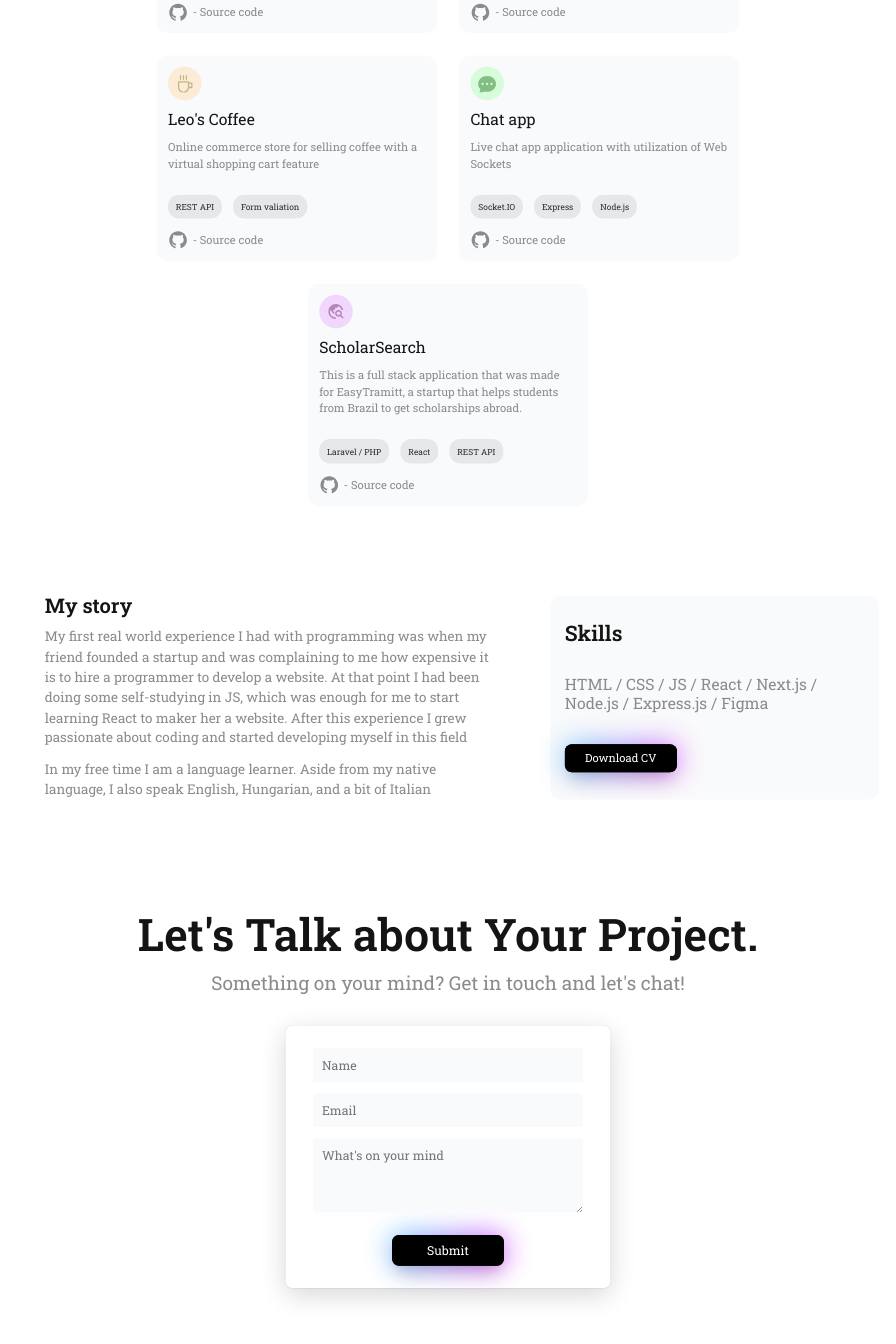
Repository: Leoka2000/portfolio-final
Page: /
An editor plug-in stored every save of this project. The page is shown before and after the next save, followed by the edit.
The browser window is 1280 px wide. The pictures show the part of the page from y = 1073 to 2993 px (the page is 2993 px tall), at 70% of full size.
The page's requests for data from a server got no answer. Some web fonts or font styles are not loaded; a fallback is used. The project was rebuilt for these pictures with package versions that can differ from the ones it lists, and the page was loaded fresh each time. No one was signed in, and anything a server would have sent is missing. Also part of the build but not shown: src/App.css. Imported but missing from the stored project, and not drawn on this page: src/assets/LeoCV.pdf, src/assets/ScholarSearch.mp4.

Above is the page before, as saved 2023-05-11 19:27:09.

### public/index.html
<!DOCTYPE html>
<html lang="en">
  <head>
    <meta charset="utf-8" />
    <link rel="icon" href="%PUBLIC_URL%/favicon.ico" />
    <meta name="viewport" content="width=device-width, initial-scale=1" />
    <meta name="theme-color" content="#000000" />
    <meta
      name="description"
      content="Web site created using create-react-app"
    />
    <link rel="apple-touch-icon" href="%PUBLIC_URL%/logo192.png" />
    <!-- font -->
    <link rel="preconnect" href="https://fonts.googleapis.com">
    <link rel="preconnect" href="https://fonts.gstatic.com" crossorigin>
    <link href="https://fonts.googleapis.com/css2?family=Fira+Sans+Extra+Condensed:wght@300&family=Roboto+Condensed:wght@300&family=Roboto+Slab:wght@400;500;600&display=swap" rel="stylesheet">

    <!-- font -->
    <link rel="manifest" href="%PUBLIC_URL%/manifest.json" />

    <title>React App</title>
  </head>
  <body>
    <noscript>You need to enable JavaScript to run this app.</noscript>
    <div id="root"></div>
    <!--
      This HTML file is a template.
      If you open it directly in the browser, you will see an empty page.

      You can add webfonts, meta tags, or analytics to this file.
      The build step will place the bundled scripts into the <body> tag.

      To begin the development, run `npm start` or `yarn start`.
      To create a production bundle, use `npm run build` or `yarn build`.
    -->
  </body>
</html>

### src/pages/main/home.jsx
import React from 'react'
import Navbar from '../../compontents/navbar/navbar'
import Hero from './hero/hero'
import Work from './work/work-parent'
import About from './about/about'
import Contact from '../contact/contact'


const Home = () => {
  return (
    <>
      <Hero/>
      <Work/>
      <About/>
      <Contact/>
    </>
  )
}

export default Home

### src/compontents/navbar/navbar.css
.nav-navbar {
    display: flex;
    justify-content: flex-start;

    align-items: center;
    height: 90px;
}

.nav-navbar > span {
    display: flex;
    color: var(--h1);
    text-align: center;
    align-items: center;
    justify-content: center;
    background-color: #f5f5f5;
    font-weight: 300;
    padding: 9px 30px;
    border-radius: 30px;
    height: 2rem;
    gap: 1rem;
    width: auto;
    position: absolute;
    right: 30rem;

}
.nav-navbar > span > div {
width: 1.4rem;
border-radius: 100%;
background-color: rgb(101, 223, 101);
height: 1.4rem;
}
.dropdown-menu{
    position: absolute;
    right: 0;
    margin-right: 2rem;


}
.nav-dropdown {
    transform: none;
    transition: all 2s ease-in-out;
    margin-top: 1rem;
    background-color: #f5f5f5;
    position: absolute;
    top: 1;
    right: 0;
    border-radius: 10px;
    width: 10rem;
    height: 8.5rem;
    font-size: 1.2rem;
    transition: all .2s ease-in-out;
    box-shadow: rgba(0, 0, 0, 0.1) 0px 20px 25px -5px, rgba(0, 0, 0, 0.04) 0px 10px 10px -5px;
    opacity:1;
    transition:

     0s linear,
     1s linear;
}
.nav-dropdown::before {
    content: "";
z-index: -1;
position: absolute;
top: 0;
right: 0;
bottom: 0;
left: 0;
background: linear-gradient(-45deg,#e81cff,#40c9ff);
transform: translateZ(0) scale(.95);
filter: blur(20px);
opacity: .6;
transition: .3s;
border-radius: inherit;
transition: all 2s ease-in-out;

}
.dropdown{

    list-style: none;
    display: flex;
 flex-direction: column;
 padding: 1rem;
 transform: none;
 opacity:1;
    transition:

     0s linear,
     1s linear;


}

.dropdown > a {
    list-style: none;
    width: 84%;
    display: flex;
    padding: 0.5rem 1rem 0.5rem 0.7rem;
}
.dropdown > a > a {
    width: 100%;
}
.dropdown a:hover {
    background-color: rgb(219, 219, 219);
    cursor: pointer;
    border-radius: 10px;
    transition: 0.2s;
}
.nav-navbar > div > button {
    background-color: transparent;
    outline: none;
    border: none;
    display: flex;
    align-items: center;
    background-color: #f5f5f5;
    border-radius: 10px;

    padding: 0.8rem;
    justify-content: center;
    gap: 0.2rem;
    cursor: pointer;
    position: relative;
    transition: 0.3s;
}
.nav-navbar > div > button:hover {
background-color: rgb(228, 228, 228);
transform: scale(1.1);
}
.dropdown-menu > button > p {
    font-size: 1.2rem;

}
.dropdown-menu button svg {
    font-size: 1.5rem;
}

### src/pages/main/hero/hero.jsx
import React from 'react'
import {AiFillGithub} from 'react-icons/ai'
import {AiOutlineMail} from 'react-icons/ai'
import {AiFillLinkedin} from 'react-icons/ai'
import './hero.css'
import { Link } from 'react-scroll'

const hero = () => {
  return (
    <>
      <section className='hero-section'>
        <h1>Hi, I'm Leo, a front-end developer</h1>
        <p>I build things for the web primarily using React. Currently living in Hungary</p>
        <div className='icons-wrapper'>
          <a href='https://www.linkedin.com/in/leoreus/'><AiFillGithub/></a>
          <a href='https://github.com/Leoka2000'><AiOutlineMail/> </a>
          <a><AiFillLinkedin/></a>
        </div>
        <button className='hero-btn'> <Link to="contact" spy={true} smooth={true} offset={100} duration={500}>Hire me</Link></button>
      </section>
    </>
  )
}

export default hero

### src/pages/main/about/about.js
import React from 'react'
import './about.css'
import ThingsIDo from './thingsido/index'
import Skills from './skills/index'

const about = () => {
  return (
    <section id='about' className='about-section'>
      <ThingsIDo/>
      <Skills/>
    </section>
  )
}

export default about

### src/pages/main/hero/hero.css
.hero-section {
    display: flex;
    flex-direction: column;
    text-align: center;
    align-items: center;
    padding: 4rem 2rem 2rem 2rem;
    justify-content: center;
    gap: 1.5rem
}
.hero-section h1 {
    color: var(--h1);
    font-size: 5rem;
}
.hero-section p {
    color: var(--p);
    font-size: 2rem;
    line-height: 2.5rem;
    width: 80%;

}
.icons-wrapper {
    font-size: 2rem;
    color: var(--p);
    background-color: #f5f5f5;
    border-radius: 25px;
    align-items: center;
    padding: 0.8rem 0 0.5rem 0;
    width: 12rem;
    display: flex;
    justify-content: center;
    gap: 1rem;
    cursor: pointer;

}
.icons-wrapper a {
    text-decoration: none;
    color: var(--p);
}
.icons-wrapper svg {
    transition: 0.4s;
}
.icons-wrapper svg:hover {
    color: rgb(0, 0, 0);
}


.hero-section > button {
    font-family: 'Fira Sans Extra Condensed', sans-serif;

    font-family: 'Inter', sans-serif;

    font-family: 'Roboto Condensed', sans-serif;

    font-family: 'Roboto Slab', serif;

    display: flex;
    justify-content: center;
    align-items: center;
    color: white;
    font-size: 1.3rem;
    width: 10rem;
    height: 3.5rem;
    border-radius: 10px;
    outline: none;
    background-color: black;
    border: none;
    position: relative;
    cursor: pointer;
    transition: all .2s ease-in-out;
    box-shadow: rgba(0, 0, 0, 0.1) 0px 20px 25px -5px, rgba(0, 0, 0, 0.04) 0px 10px 10px -5px;
}
.hero-section > button::before {
    content: "";
z-index: -1;
position: absolute;
top: 0;
right: 0;
bottom: 0;
left: 0;
background: linear-gradient(-45deg, #e81cff, #40c9ff);
transform: translateZ(1) scale(.98);
filter: blur(20px);
opacity: .6;
transition: opacity .3s;
border-radius: inherit;
transition: all .2s ease-in-out;
}
.hero-section > button::after {

        content: "";
        z-index: -1;
        position: absolute;
        top: 0;
        right: 0;
        bottom: 0;
        left: 0;
        background: inherit;
        border-radius: inherit;
      }

.hero-section > button:hover {
transform: scale(1.1);
background-color: white;
color: black;
}



@media screen and (max-width: 1000px) {
    .hero-section > h1 {
        color: var(--h1);
        font-size: 2rem;
    }
    .hero-section > p {
        font-size: 1.2rem;
        line-height: 1.4rem;
    }

}

### src/pages/main/work/work.css
.work-section {
    display: flex;
    flex-direction: column;
    justify-content: center;
    padding: 4rem 1rem 1rem 1rem;

}
.work-section > header {
text-align: center;
font-size:2.5rem;
}

.work-main {
    padding-top: 4rem;
    display: flex;
    gap: 2rem;
    flex-wrap: wrap;
    justify-content: center;
}
.individual-wrapper {
    background-color: var(--background);
    width: 23rem;
    display: flex;
    justify-content: space-between;
    flex-direction: column;
gap: 1rem;
padding: 1rem;
border-radius: 15px;
height: auto;
transition: 0.5s;
}
.individual-wrapper:hover {
    transform: scale(1.02);
    background-color: rgb(241, 241, 241);

}
.individual-wrapper > h1 {
    font-size: 1.4rem;
    font-weight: 400;
}
.individual-wrapper > span {
    font-size: 1.6rem;
    background-color: var(--background-dark);
    border-radius: 100%;
    width: 3rem;
    height: 3rem;
    justify-content: center;
    align-items: center;
    display: flex;
}
.individual-wrapper > p {
    color: var(--p);
    line-height: 1.5rem;
}
.key-wrapper {
    display: flex;
    gap: 1rem
}
.key-wrapper > span {
    margin-top: 1rem;
    text-align: center;
    padding: 0.7rem;
    border-radius: 16px;
    width: auto;
    display: block;
    font-weight: 100;
    font-size: 0.75rem;
    background-color: var(--background-dark);
    color :rgb(43, 43, 43)
}

a { color: inherit;
text-decoration: none;
}
.individual-wrapper > a {
    font-size: 1.8rem;
    cursor: pointer;
    display: flex;
    color: var(--p);
    align-items: center;
    gap: 0.4rem;
    transition: 0.3s;
}
.individual-wrapper > a > p {
    color: var(--p);
    font-size: 1rem;
    transition: 0.3s;

}

.individual-wrapper > a:hover #hover {
    color: black;
}

.individual-wrapper > a:hover {
    color: black;
}
#work-1 {
    background-color: rgb(215, 232, 252);
    color: rgb(133, 190, 188);
}

#work-2 {
    background-color: rgb(215, 252, 217);
    color: rgb(133, 190, 133);
}
#work-3 {
    background-color: rgb(252, 235, 215);
    color: rgb(190, 184, 133);
}
#work-4 {
    background-color: rgb(215, 252, 217);
    color: rgb(133, 190, 133);
}
#work-5 {
    background-color: rgb(241, 215, 252);
    color: rgb(183, 133, 190);
}

  .video-overlay {
    position: fixed;
    top: 0;
    left: 0;
    width: 100%;
    height: 100%;
    background-color: rgba(0, 0, 0, 0.8);
    display: flex;
    justify-content: center;
    align-items: center;
    z-index: 9999;
  }

  .video-overlay video {
    max-width: 90%;
    max-height: 90%;
  }

  .video-overlay button {
    background-color: #fff;
    position: absolute;
    color: #000;
    border: none;
    right: 4rem;
    top: 12rem;
    padding: 10px 20px;
    font-size: 16px;
    border-radius: 4px;
    cursor: pointer;
  }

  .video-overlay button:hover {
    background-color: #000;
    color: #fff;
  }

### src/pages/main/work/projects/bionexus/index.jsx
import React from 'react'
import {FaBusinessTime} from 'react-icons/fa'
import {AiFillGithub} from 'react-icons/ai'

const index = () => {
  return (
    <a target='_blank' href='https://bionexusjr.com' className='individual-wrapper'>
    <span id='work-2'><FaBusinessTime/></span>
    <h1>BioNexusJr's landing page</h1>
    <p>Landing page for Hungary's first junior enterprise - BioNexusJr. Integrated with i18next's API for implementing a translation feature between English and Hungarian</p>
    <div className='key-wrapper'>
    <span>React</span>
      <span>i18next</span>
      <span>Firebase</span>
      <span>Form validation</span>
    </div>
    <a href='https://github.com/Leoka2000/BioNexus-s-Website'><AiFillGithub/><p id='hover'>- Source code</p></a>
  </a>
  )
}

export default index

### src/pages/main/work/projects/coffee/index.jsx
import React from 'react'
import {AiOutlineCoffee} from 'react-icons/ai'
import {AiFillGithub} from 'react-icons/ai'

const index = () => {
  return (
    <a target='_blank'  href='https://voluble-salamander-19402b.netlify.app/' className='individual-wrapper'>
      <span id='work-3'><AiOutlineCoffee/></span>
      <h1>Leo's Coffee</h1>
      <p>Online commerce store for selling coffee with a virtual shopping cart feature</p>
      <div className='key-wrapper'>
        <span>REST API</span>
        <span>Form valiation</span>
      </div>
      <a href='https://www.facebook.com/'><AiFillGithub/><p id='hover'>- Source code</p></a>
    </a>
  )
}

export default index

### src/pages/main/work/projects/chatapp/index.jsx
import React from 'react'
import {BsFillChatDotsFill} from 'react-icons/bs'
import {AiFillGithub} from 'react-icons/ai'

const index = () => {
  return (
    <a target='_blank'  href='https://idyllic-horse-830bac.netlify.app/' className='individual-wrapper'>
    <span id='work-4'><BsFillChatDotsFill/></span>
    <h1>Chat app</h1>
    <p>Live chat app application with utilization of Web Sockets</p>
    <div className='key-wrapper'>
      <span>Socket.IO</span>
      <span>Express</span>
      <span>Node.js</span>
    </div>
    <a href='https://www.facebook.com/'><AiFillGithub/><p id='hover'>- Source code</p></a>
  </a>
  )
}

export default index

### src/pages/main/work/projects/easy/index.jsx
import React, { useState } from 'react';
import { MdTravelExplore } from 'react-icons/md';
import { AiFillGithub } from 'react-icons/ai';
import video from '../../../../../assets/ScholarSearch.mp4';

const Index = () => {
  const [isVideoPlaying, setIsVideoPlaying] = useState(false);

  const handleVideoClick = () => {
    setIsVideoPlaying(true);
    disableScroll();
  };

  const handleQuitVideo = () => {
    setIsVideoPlaying(false);
    enableScroll();
  };

  const disableScroll = () => {
    document.body.style.overflow = 'hidden';
  };

  const enableScroll = () => {
    document.body.style.overflow = '';
  };

  return (
    <div>
      <a onClick={handleVideoClick}
        target="_blank"
        className="individual-wrapper"
      >
        <span id="work-5">
          <MdTravelExplore />
        </span>
        <h1>ScholarSearch</h1>
        <p>
          This is a full stack application that was made for EasyTramitt, a
          startup that helps students from Brazil to get scholarships abroad.
        </p>
        <div className="key-wrapper">
          <span>Laravel / PHP</span>
          <span>React</span>
          <span>REST API</span>
        </div>
        <a href="https://www.facebook.com/">
          <AiFillGithub />
          <p id="hover">- Source code</p>
        </a>
      </a>

      {isVideoPlaying && (
        <div className="video-overlay">
          <video src={video} controls autoPlay />
          <button onClick={handleQuitVideo}>Quit</button>
        </div>
      )}
    </div>
  );
};

export default Index;

### src/pages/main/work/projects/cryptoapp/index.jsx
import React from 'react'
import {SiBitcoin} from 'react-icons/si'
import {AiFillGithub} from 'react-icons/ai'

const index = () => {
  return (
    <a target='_blank'  href='https://regal-macaron-8fc4ed.netlify.app/' className='individual-wrapper'>
      <span id='work-1'><SiBitcoin/></span>
      <h1>CryptoApp</h1>
      <p>By consuming the CoinGecko API, the app provides live updates on different cryptocurrency informations</p>
      <div className='key-wrapper'>
      <span>TypeScript</span>
      <span>React</span>
        <span>CoinGecko API</span>
        <span>Axios</span>
      </div>
      <a href='https://github.com/Leoka2000/CryptoApp'><AiFillGithub/><p id='hover'>- Source code</p></a>
    </a>
  )
}

export default index

### src/pages/main/about/about.css
.about-section {
    display: flex;
    gap: 0.5rem;
    padding: 7rem 1.5rem 5rem 4rem;
}

.left {
    display: flex;
    flex-direction: column;
    width: 50rem;
    gap: 1rem;

}
.left > h1 {
    color: var(--h1);
    font-size: 1.8rem;
}
.left > p {
    line-height: 1.8rem;
    color: var(--p);
    font-size: 1.2rem;
    font-weight: normal;
    -webkit-font-smoothing: antialiased;
    -moz-osx-font-smoothing: grayscale;
    width: 90%;

}

.right {
    display:flex;
    flex-direction: column;
    background-color: var(--background);
    border-radius: 16px;
    gap:1.6rem;
    padding: 1.3rem;
    justify-content: space-evenly;
    z-index: 0;
    width: 30rem;

}
.right > h1 {
    font-size: 1.9rem;
}
.right > p {
    color: var(--p);
    font-size: 1.4rem;
    line-height: 1.8rem;
    width: 95%;
}
.right-btn {
    display: flex;
    justify-content: center;
    align-items: center;
    color: white;
    font-size: 1rem;
    width: 10rem;
    height: 2.5rem;
    border-radius: 10px;
    outline: none;

    background-color: black;
    border: none;
    position: relative;
    cursor: pointer;
    transition: all .2s ease-in-out;
    box-shadow: rgba(0, 0, 0, 0.1) 0px 20px 25px -5px, rgba(0, 0, 0, 0.04) 0px 10px 10px -5px;
    font-family: 'Fira Sans Extra Condensed', sans-serif;

    font-family: 'Inter', sans-serif;

    font-family: 'Roboto Condensed', sans-serif;

    font-family: 'Roboto Slab', serif;
}
.right-btn::before {
    content:"";
z-index: -1;
position: absolute;
top: 0;
right: 0;
bottom: 0;

left: 0;
background: linear-gradient(-45deg, #e81cff, #40c9ff);
transform: translateZ(1) scale(.98);
filter: blur(20px);
opacity: 0.8;
transition: opacity .3s;
border-radius: inherit;
transition: all .2s ease-in-out;
}
.right-btn::after {

        content: "";
        z-index: -1;
        position: absolute;
        top: 0;
        right: 0;
        bottom: 0;
        left: 0;
        background: inherit;
        border-radius: inherit;
      }

      .right-btn:hover {
transform: scale(1.1);
background-color: white;
color: black;
}




@media screen and (max-width: 1150px) {
    .right {
        width: 35rem;


    }
    .left {
        width: 40rem;
        padding-left: 1.5rem;
    }
}

@media screen and (max-width: 1000px) {
    .about-section {
        flex-direction: column;
        padding-left: 0rem;
    }
    .right {
        width: 90%;



    }
    .left {
        width: 90%;
        padding-bottom: 1.5rem;


    }
    .left > p {
        width: 100%;
    }

    .right-btn {
        width: 13rem;
    }

    .right > p {

        font-size: 1.2rem;

    }
}

### src/pages/main/about/thingsido/index.jsx
import React from 'react'

const index = () => {
  return (
    <div className='left'>
            <h1>My story</h1>
            <p>My first real world experience I had with programming was when my friend founded a startup and was complaining to me how expensive it is to hire a programmer to develop a website. At that point I had been doing some self-studying in JS, which was enough for me to start learning React to maker her a website. After this experience I grew passionate about coding and started developing myself in this field</p>
            <p>In my free time I am a language learner. Aside from my native language, I also speak English, Hungarian, and a bit of Italian</p>
        </div>
  )
}

export default index

### src/pages/main/about/skills/index.jsx
import React from 'react'
import CV from '../../../../assets/LeoCV.pdf'
import './index.css'



const index = () => {
    return (
        <div className='right'>
            <h1>Skills</h1>
            <p>HTML / CSS / JS / React / Next.js / Node.js / Express.js / Figma</p>
            <a href={CV} download className='right-btn'>Download CV</a>
        </div>
    )
}

export default index

### src/pages/contact/contact.css
.contact-session {
    padding: 5rem 1rem 5rem 1rem;
}
.contact-header {
    text-align: center;
    font-size: 1.2rem;
    gap: 1.5rem;
    display: flex;
    flex-direction: column;
}
.contact-header > h1 {
    font-size: 4rem;
    color: var(--h1);
}
.contact-header > p {
    color: var(--p);
    font-size: 1.7rem;
}
.contact-main {
    padding-top: 3rem;
    display: flex;
    justify-content: center;

}
.form {
    display: flex;
    flex-direction: column;
    justify-content: center;
    align-items: center;
    gap: 1rem;
    width: 25rem;
    box-shadow: rgba(0, 0, 0, 0.16) 0px 10px 36px 0px, rgba(0, 0, 0, 0.06) 0px 0px 0px 1px;
    padding: 2rem;
    border-radius: 10px;

}
.input {
    padding: 0.8rem;
    width: 22.5rem;
    outline: 2px solid transparent;
outline-offset: 2px;
border: none;
background-color: var(--background);
border-radius: 4px;
font-size: 1.1rem;
font-family: 'Fira Sans Extra Condensed', sans-serif;

  font-family: 'Inter', sans-serif;

  font-family: 'Roboto Condensed', sans-serif;

  font-family: 'Roboto Slab', serif;

}
.textarea {
padding: 0.8rem;
    width: 22.5rem;
    height: 5rem;
    outline: 2px solid transparent;
outline-offset: 2px;
border: none;
background-color: var(--background);
border-radius: 4px;
font-family: 'Fira Sans Extra Condensed', sans-serif;
font-size: 1.1rem;
  font-family: 'Inter', sans-serif;

  font-family: 'Roboto Condensed', sans-serif;

  font-family: 'Roboto Slab', serif;
}

.error {
  text-align:end;
   color: red;
}
.success {
 color: rgb(16, 184, 80);
 padding-bottom: 0.5rem;
}
.contact-btn {
    font-family: 'Fira Sans Extra Condensed', sans-serif;

    font-family: 'Inter', sans-serif;

    font-family: 'Roboto Condensed', sans-serif;

    font-family: 'Roboto Slab', serif;

    display: flex;
    justify-content: center;
    align-items: center;
    color: white;
    font-size: 1.1rem;
    width: 10rem;
    height: 2.8rem;
    border-radius: 10px;
    outline: none;
    background-color: black;
    border: none;
    position: relative;
    cursor: pointer;
    transition: all .2s ease-in-out;
    box-shadow: rgba(0, 0, 0, 0.1) 0px 20px 25px -5px, rgba(0, 0, 0, 0.04) 0px 10px 10px -5px;
    margin-top: 1rem;
}

.contact-btn::before {
    content: "";
z-index: -1;
position: absolute;
top: 0;
right: 0;
bottom: 0;
left: 0;
background: linear-gradient(-45deg, #e81cff, #40c9ff);
transform: translateZ(1) scale(.9);
filter: blur(20px);
opacity: .9;
transition: opacity .3s;
border-radius: inherit;
transition: all .2s ease-in-out;
}
.contact-btn::after {

        content: "";
        z-index: -1;
        position: absolute;
        top: 0;
        right: 0;
        bottom: 0;
        left: 0;
        background: inherit;
        border-radius: inherit;
      }

.contact-btn:hover {
transform: scale(1.1);
background-color: white;
color: black;
}

@media screen and (max-width: 600px) {

    .contact-header > h1 {

        font-size: 2.5rem;
    }
    .contact-header > p {
        line-height: 2rem;
        font-size: 1.6rem;
    }

}
@media screen and (max-width: 400px) {
    .input, .textarea {
        width: 18rem;
    }
}

Loaded but not shown: src/index.js (common file); src/index.css (common file); src/App.js (common file); src/pages/contact/inputs/index.js (55 lines, source omitted); src/compontents/navbar/navbar.js (35 lines, source omitted); src/pages/main/work/work-parent.js (32 lines, source omitted); src/firebaseConfig.js (27 lines, source omitted); src/pages/contact/contact.js (22 lines, source omitted); src/pages/main/about/skills/index.css (no stored copy; drawn as an empty file)

After the next save:
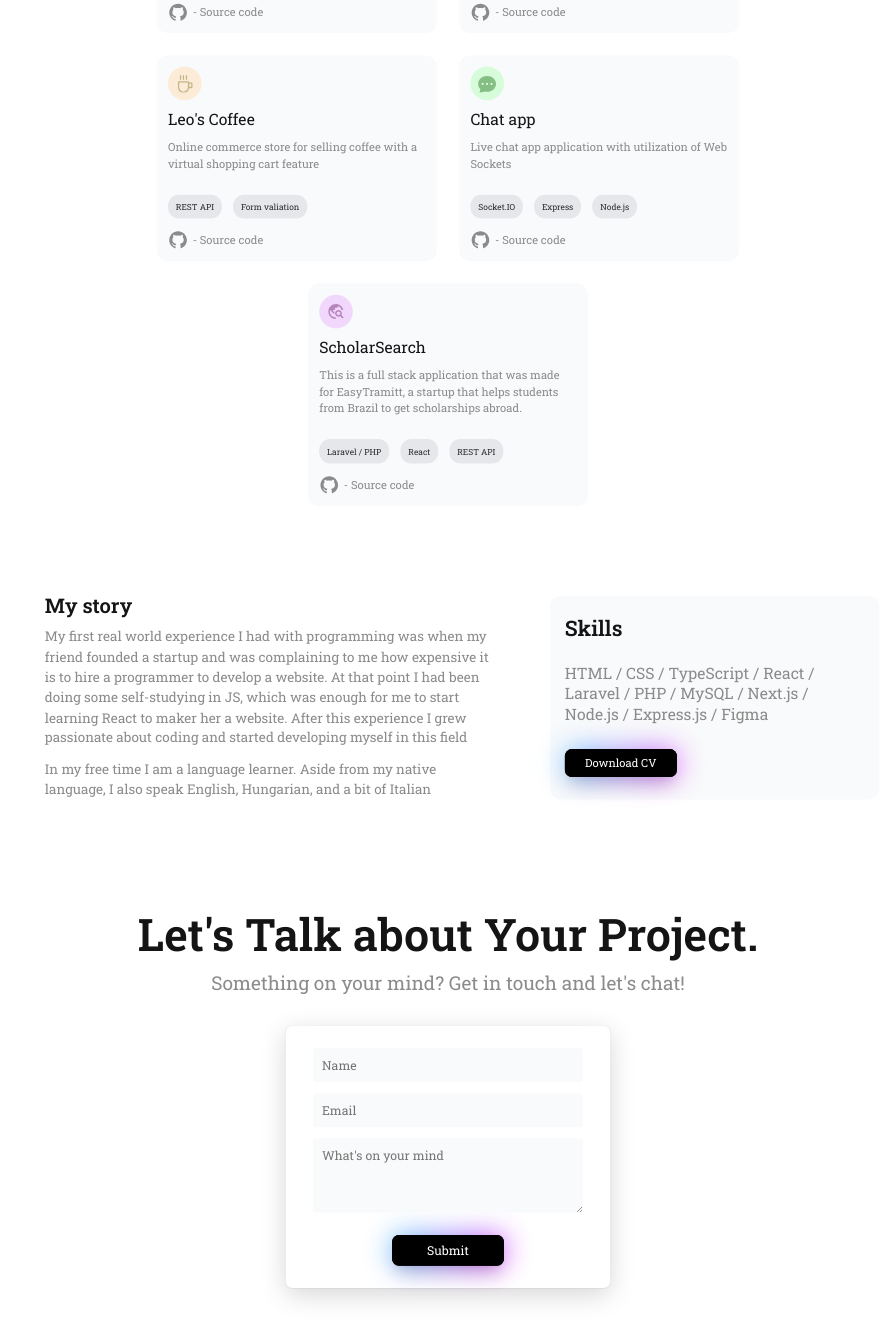
Saved 4 min 8 s later.
--- a/src/pages/main/about/skills/index.jsx
+++ b/src/pages/main/about/skills/index.jsx
@@ -8,7 +8,7 @@ const index = () => {
     return (
         <div className='right'>
             <h1>Skills</h1>
-            <p>HTML / CSS / JS / React / Next.js / Node.js / Express.js / Figma</p>
+            <p>HTML / CSS / TypeScript / React / Laravel / PHP / MySQL / Next.js / Node.js / Express.js / Figma</p>
             <a href={CV} download className='right-btn'>Download CV</a>
         </div>
     )
